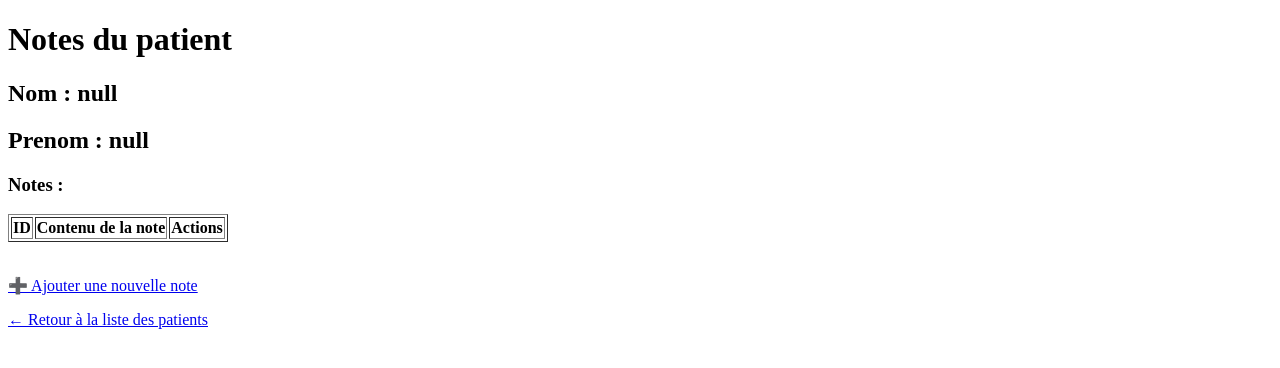
Repository: QuentinDevJava/P9-Test
Page: http://localhost/patient-notes
These files come from the project's save history. The page is drawn as it stood at one moment and after the next save; the edit follows.
The browser window is 1280 px wide. The pictures show the whole page.
The page is this project's Thymeleaf template; nobody is signed in. The template is opened directly, without the code that normally fills it, so the values that code supplies are empty.

Above is the page before, as saved 2025-05-21 14:17:28.

After the next save:
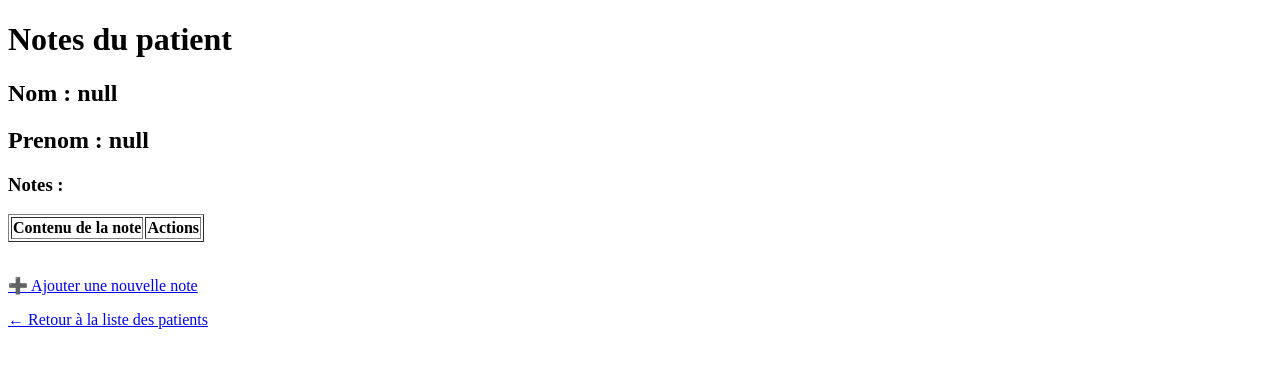
Saved 20 s later.
--- a/ui/src/main/resources/templates/patient-notes.html
+++ b/ui/src/main/resources/templates/patient-notes.html
@@ -13,7 +13,6 @@
 		<table border="1">
 		    <thead>
 		        <tr>
-		            <th>ID</th>
 		            <th>Contenu de la note</th>
 		            <th>Actions</th>
 		        </tr>
